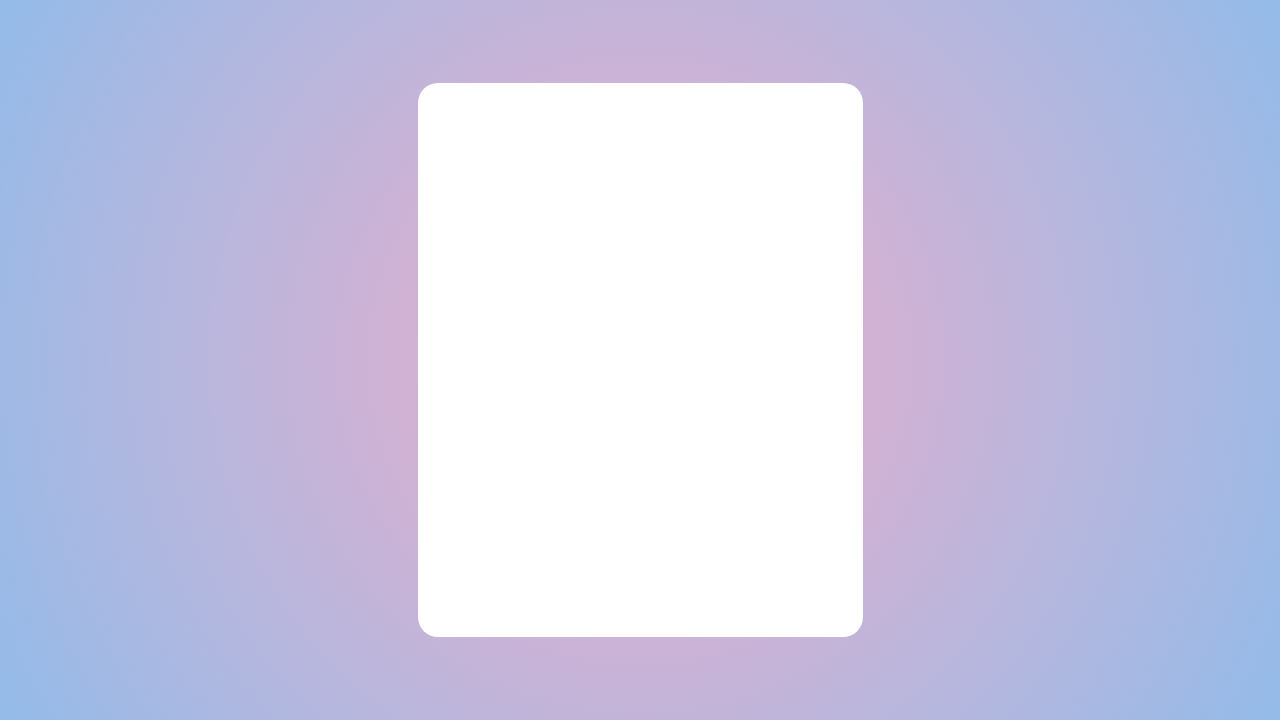
Repository: KamoliddinGIT/order-summary-card
Page: index.html
These files come from the project's save history. The page is drawn as it stood at one moment and after the next save; the edit follows.
The browser window is 1280 px wide. The pictures show the whole page.

Above is the page before, as saved 2023-09-13 10:42:43.

After the next save:
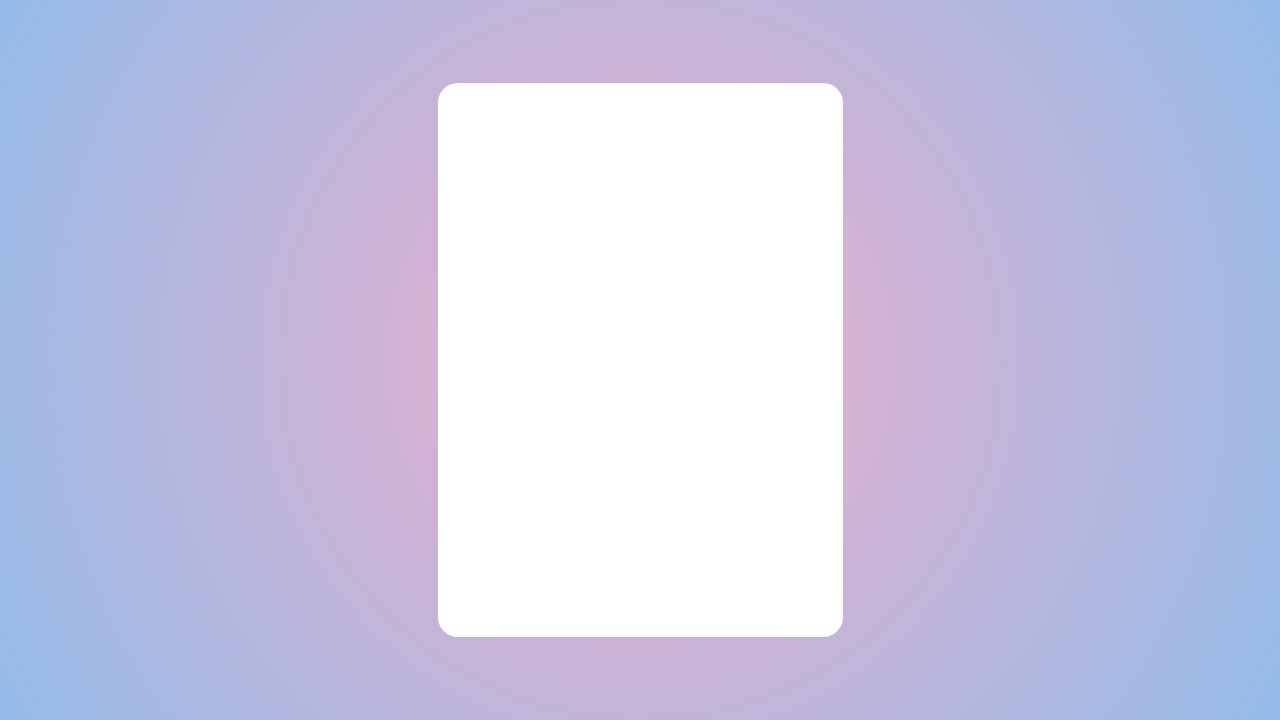
Saved 24 s later.
--- a/css/style.css
+++ b/css/style.css
@@ -19,7 +19,7 @@
 }
 
 .container {
-  width: 445px;
+  width: 405px;
   height: 554px;
   border-radius: 20px;
   background: #fff;
